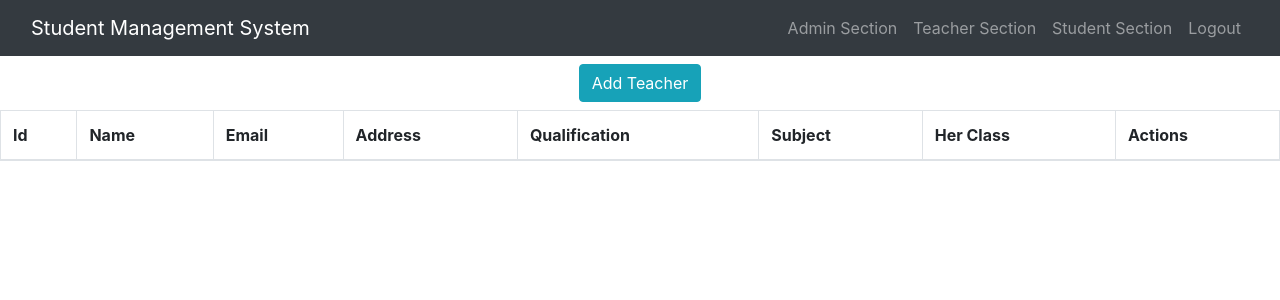
Repository: arupmaji404/StudentManagementSystem
Page: http://localhost/admin/teachercontrol
The author's editor kept a copy of each file at every save. The page is drawn from the files as they stood at one save, then again after the next save.
The browser window is 1280 px wide. The pictures show the whole page.
The page is this project's Thymeleaf template; nobody is signed in. The template is opened directly, without the code that normally fills it, so the values that code supplies are empty.

Above is the page before, as saved 2022-09-20 15:52:11.

### StudentManagementSystem/src/main/resources/templates/admin/teachercontrol.html

<!DOCTYPE html>
<html lang="en" xmlns:th="http://www.thymeleaf.org">
<head>
<meta charset="ISO-8859-1">
<title>All Teachers</title>
<link rel="stylesheet"
	href="https://stackpath.bootstrapcdn.com/bootstrap/4.1.3/css/bootstrap.min.css"
	integrity="sha384-MCw98/SFnGE8fJT3GXwEOngsV7Zt27NXFoaoApmYm81iuXoPkFOJwJ8ERdknLPMO"
	crossorigin="anonymous">
</head>
<body>
	<div th:insert="navbar :: navbar"></div>
	<div class="text-center m-2">

		<a th:href="@{/admin/addTeacherForm}" class="btn btn-info">Add Teacher</a>
	</div>


	<table class="table table-bordered table-striped">
		<thead>
			<tr>
				<th>Id</th>
				<th>Name</th>
				<th>Email</th>
				<th>Address</th>
				<th>Qualification</th>
				<th>Subject</th>
				<th>Her Class</th>
				<th>Actions</th>
			</tr>
		</thead>
		<tbody>
			<tr th:if="${teachers.empty}">
				<td colspan="8">No Teachers Available</td>
			</tr>
			<tr th:each="teacher : ${teachers}">
				<td><span th:text="${teacher.id}"> Id </span></td>
				<td><span th:text="${teacher.name}"> Name </span></td>
				<td><span th:text="${teacher.email}"> Email </span></td>
				<td><span th:text="${teacher.address}"> Address </span></td>
				<td><span th:text="${teacher.qualification}"> Qualification </span></td>
				<td><span th:text="${teacher.subject}"> Subject </span></td>
				<td><span th:text="${teacher.herClass}"> Her Class </span></td>


				<td>
				<div class = "text-center">
				<a th:href="@{/admin/showTeacherUpdateForm(teacherId=${teacher.id})}"
					class="btn btn-info">Update</a> <a
					th:href="@{/admin/deleteTeacher(teacherId=${teacher.id})}"
					class="btn btn-danger m1-2">Delete</a></div></td>
			</tr>
		</tbody>
	</table>
</body>
</html>

### StudentManagementSystem/src/main/resources/templates/navbar.html
<!DOCTYPE html>
<html xmlns:th="http://www.thymeleaf.org">
<head>
    <meta charset="UTF-8">
    <title>Admin Navigation Bar</title>

</head>
<body>

<nav th:fragment="navbar" class="navbar navbar-expand-md bg-dark navbar-dark">
    <div class="container-fluid">
        <div class="navbar-header">
            <a class="navbar-brand" th:href="@{/admin/adminIndex}">Student Management System</a>
        </div>
        <ul class="nav navbar-nav">
            <li><a class="nav-link" th:href="@{/admin/admin-control}">Admin Section</a></li>

            <li><a class="nav-link" th:href="@{/admin/teacher-control}">Teacher Section</a></li>

            <li><a class="nav-link" th:href="@{/admin/student-control}">Student Section</a></li>

        	<li><a class="nav-link" th:href="@{/logout}">Logout</a></li>
        </ul>
    </div>
</nav>

</body>
</html>

After the next save:
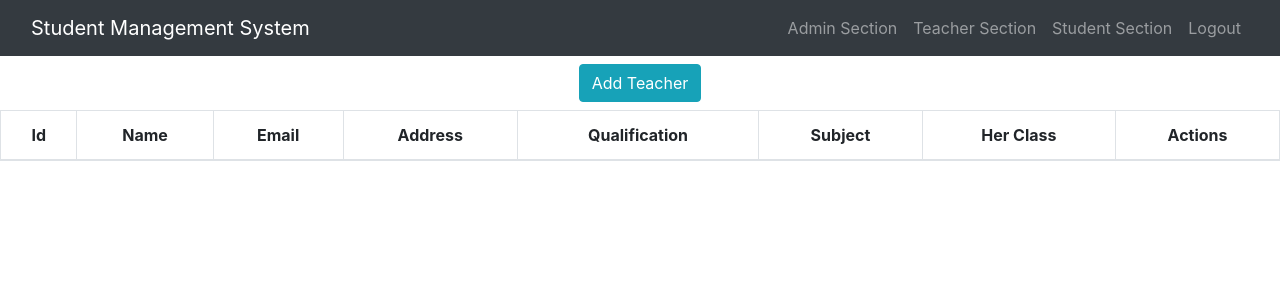
Saved 37 s later.
--- a/StudentManagementSystem/src/main/resources/templates/admin/teachercontrol.html
+++ b/StudentManagementSystem/src/main/resources/templates/admin/teachercontrol.html
@@ -19,7 +19,7 @@
 
 	<table class="table table-bordered table-striped">
 		<thead>
-			<tr>
+			<tr class = "text-center">
 				<th>Id</th>
 				<th>Name</th>
 				<th>Email</th>
